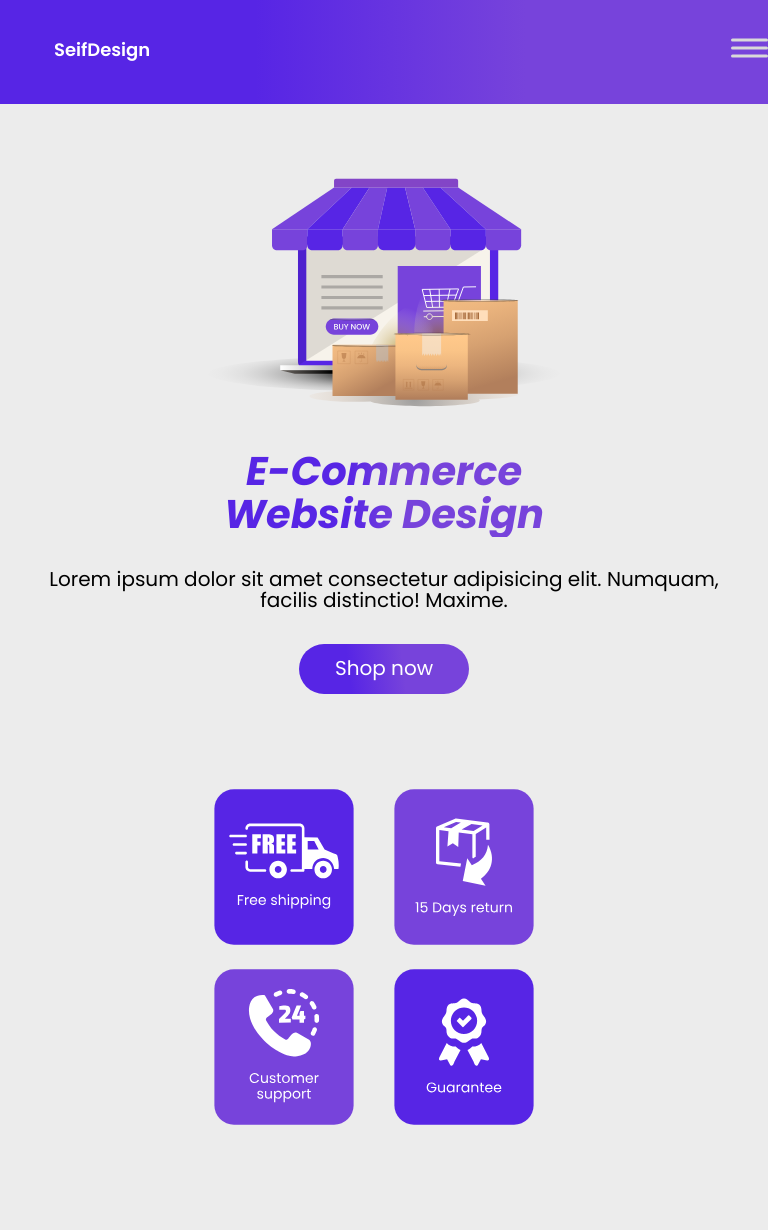
Repository: NatiqSamiyev/commers-desing-JS
Page: index.html
An editor plug-in stored every save of this project. The page is shown before and after a run of saves, followed by the edit.
The browser window is 768 px wide. The pictures show the whole page.
Some web fonts or font styles are not loaded; a fallback is used.

Above is the page before, as saved 2023-11-06 12:02:54.

After the next 3 saves:
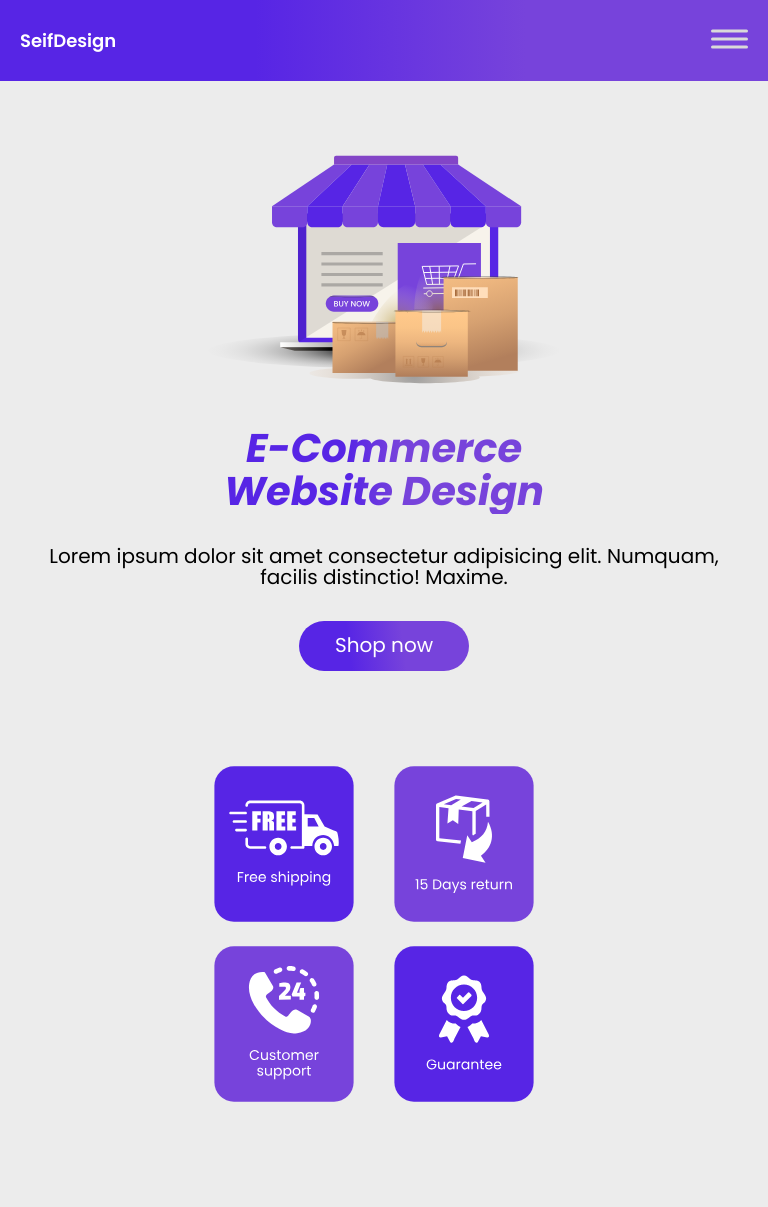
The 3 saves are shown as one change because they came seconds apart.
The last was saved 28 s later.
--- a/index.css
+++ b/index.css
@@ -144,10 +144,12 @@ main .image-container {
   .commerse-design-container {
     background-color: #ececec;
   }
-
+.top-container{
+  padding: 20px;
+}
   .top-container h1 {
     font-size: 18px;
-    padding: 20px;
+
   }
   main {
     padding: 60px 20px;
